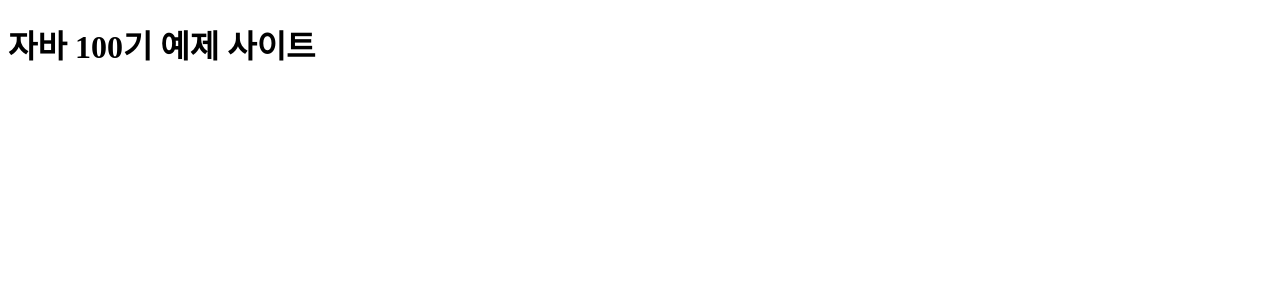
Repository: soso1525/bitcamp
Page: java-project/src/main/webapp/index.html
These files come from the project's save history. The page is drawn as it stood at one moment and after the next save; the edit follows.
The browser window is 1280 px wide. The pictures show the whole page.

Above is the page before, as saved 2017-12-14 00:36:56.

After the next save:
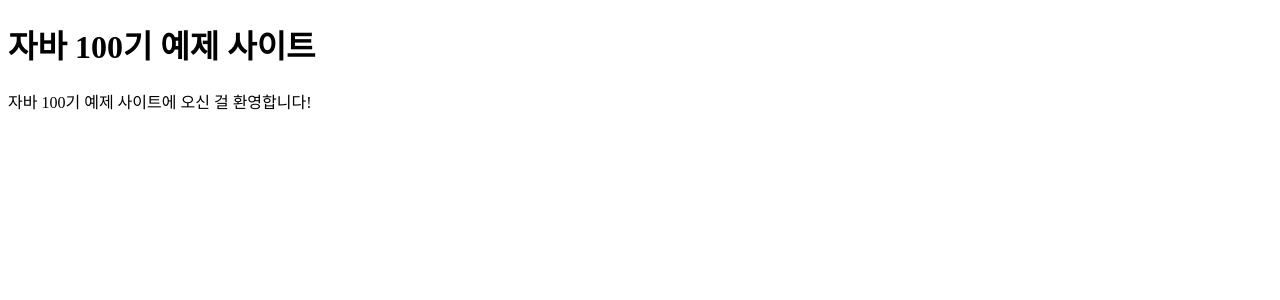
Saved 25 s later.
--- a/java-project/src/main/webapp/index.html
+++ b/java-project/src/main/webapp/index.html
@@ -6,5 +6,6 @@
 </head>
 <body>
     <h1>자바 100기 예제 사이트</h1>
+    <p>자바 100기 예제 사이트에 오신 걸 환영합니다!</p>
 </body>
 </html>
